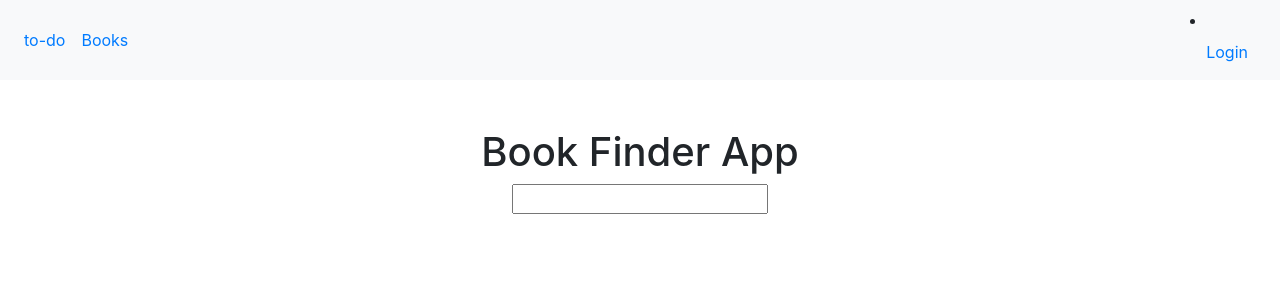
Repository: omniabadry/react-test
Page: /Books
These files come from the project's save history. The page is drawn as it stood at one moment and after the next save; the edit follows.
The browser window is 1280 px wide. The pictures show the whole page.
The page's requests for data from a server got no answer. The project was rebuilt for these pictures with package versions that can differ from the ones it lists, and the page was loaded fresh each time. No one was signed in, and anything a server would have sent is missing.

Above is the page before, as saved 2021-02-09 13:52:41.

After the next save:
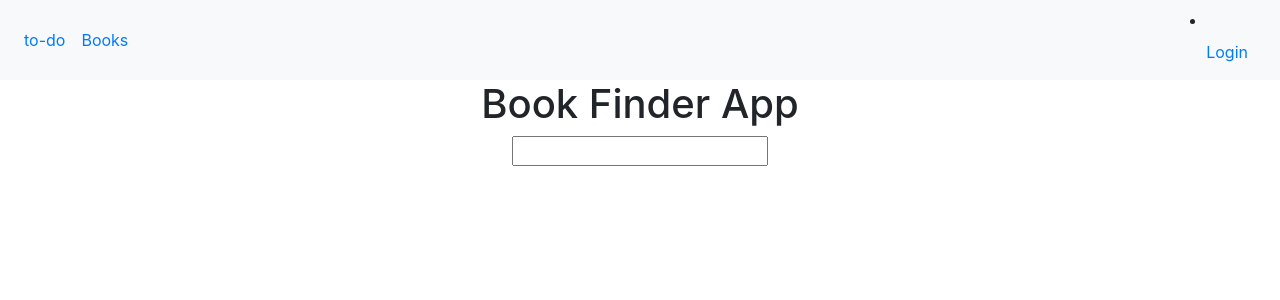
Saved 8 s later.
--- a/src/App.js
+++ b/src/App.js
@@ -25,8 +25,6 @@ function App() {
           </NavItem>
         </Collapse>
       </Navbar>
-      <br />
-      <br />
       <Routes/>
     </Router>
   );
